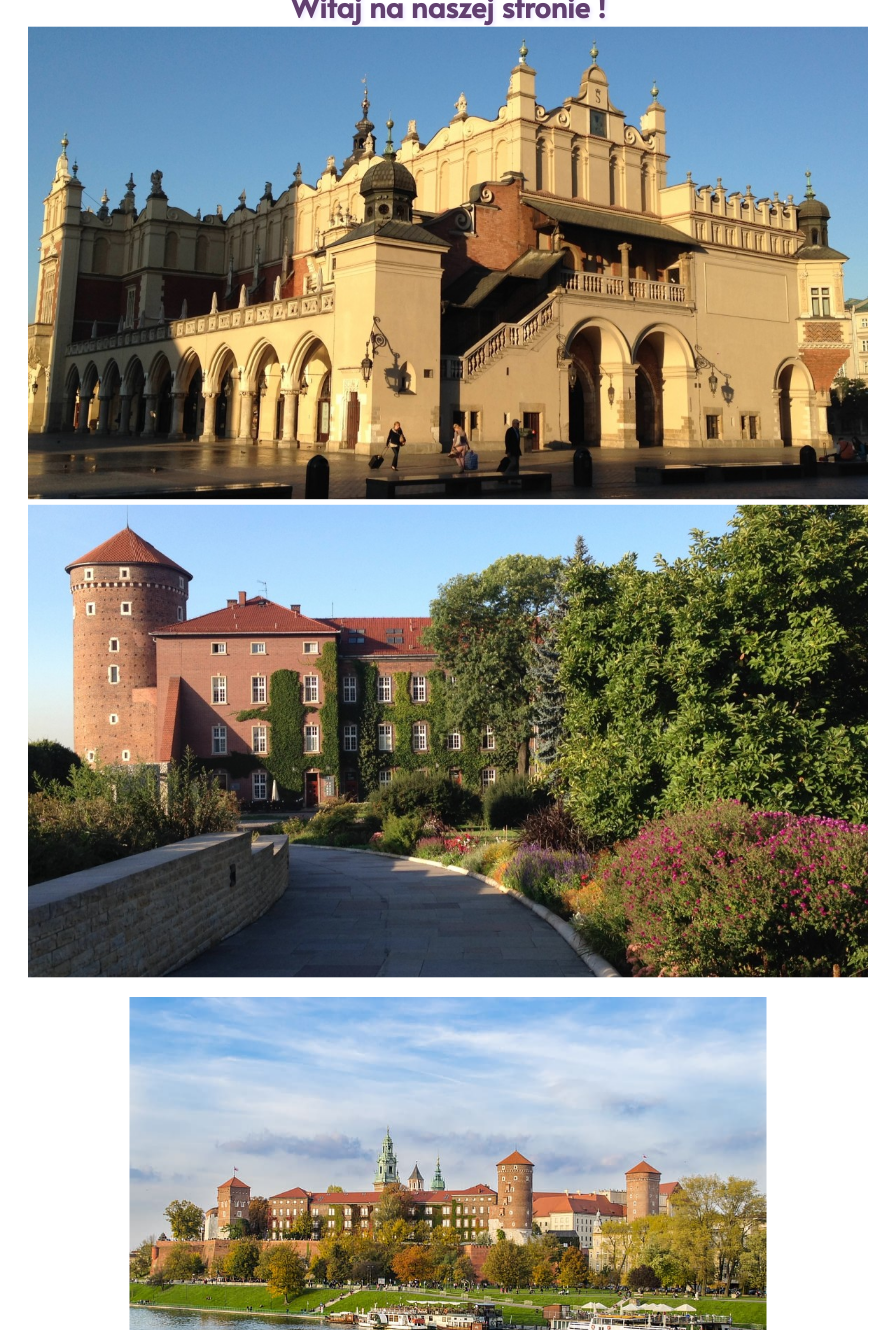
Repository: DZIALEK/projekt1
Page: projekt1.html
An editor plug-in stored every save of this project. The page is shown before and after the next save, followed by the edit.
The browser window is 1280 px wide. The pictures show the part of the page from y = 863 to 2763 px (the page is 4546 px tall), at 70% of full size.
Some icons come from a web library that is not loaded, so they are not drawn. A picture or video elsewhere on the page could not be fetched, so the positions and the page height are approximate. Some web libraries are served in a nearby version.

Above is the page before, as saved 2020-07-15 00:12:59.

After the next save:
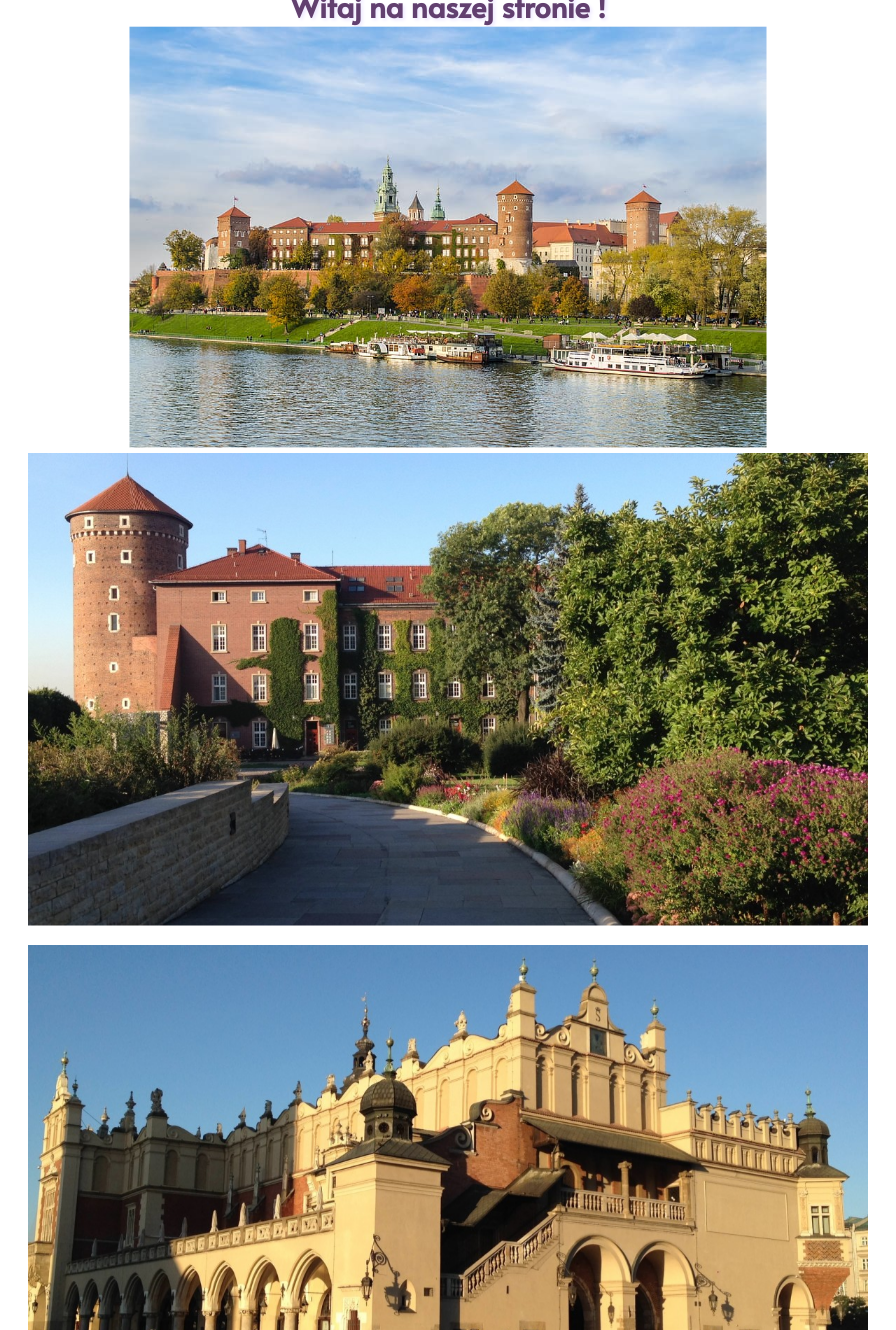
Saved 62 s later.
--- a/projekt1.html
+++ b/projekt1.html
@@ -37,11 +37,11 @@
             <h1 class="section-header">
                Witaj na naszej stronie !
             </h1>
-            <img src="dodatki/foto1.jpg" alt="Tutaj jest zdjęcie Krakowa1">
+            <img src="dodatki/foto3.jpg" alt="Tutaj jest zdjęcie Krakowa1">
             <img src="dodatki/foto2.jpg" alt="Tutaj jest zdjęcie Krakowa2">
         </section>
         <section class="section-welcome2">
-            <img src="dodatki/foto3.jpg" alt="Tutaj jest zdjęcie Krakowa3">
+            <img src="dodatki/foto1.jpg" alt="Tutaj jest zdjęcie Krakowa3">
             <img src="dodatki/foto4.jpg" alt="Tutaj jest zdjęcie Krakowa4">
         </section>
         <section class="section-best">
